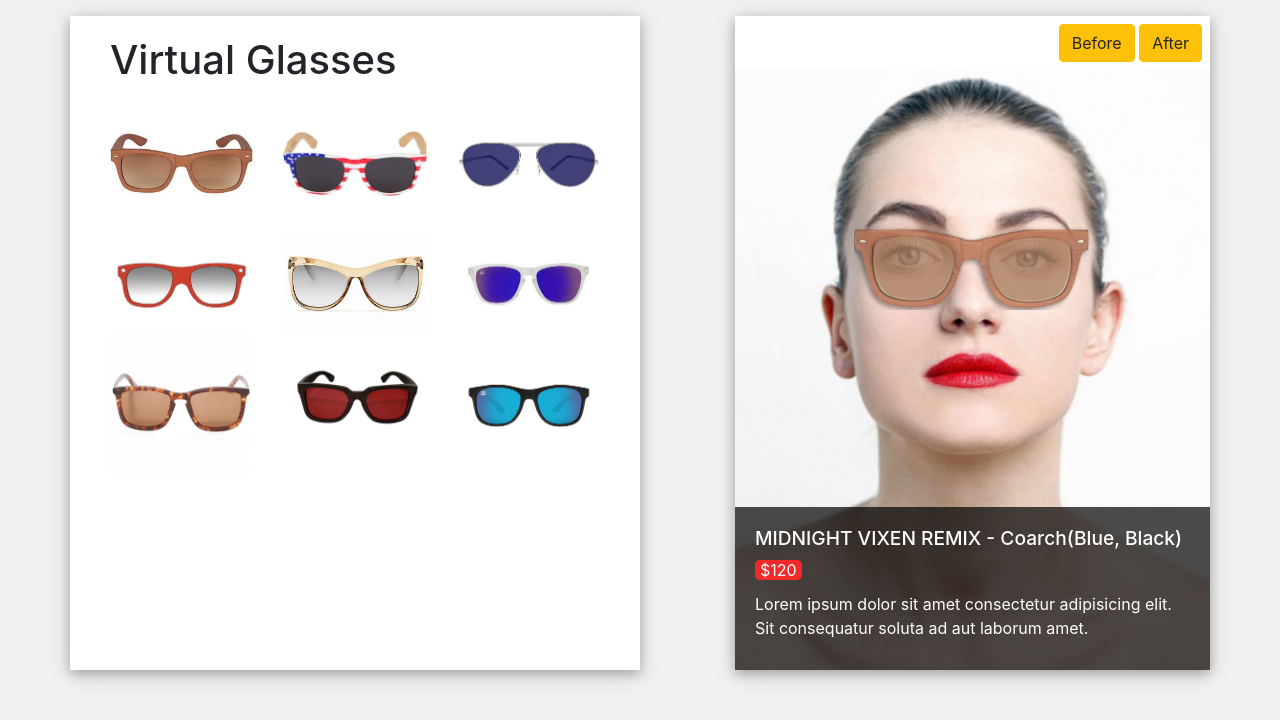
Repository: Khoi300399/BC35E_ES6_B2_MaThanhKhoi
Page: index.html
An editor plug-in stored every save of this project. The page is shown before and after the next save, followed by the edit.
The browser window is 1280 px wide. The pictures show the whole page.
After loading, the first visible `img` was clicked once.
Pictures or frames that could not be fetched are drawn as grey boxes.

Above is the page before, as saved 2022-10-21 23:49:14.

### index.html
<!DOCTYPE html>
<html lang="en">
  <head>
    <title>Virtual Glasses</title>
    <!-- Required meta tags -->
    <meta charset="utf-8" />
    <meta
      name="viewport"
      content="width=device-width, initial-scale=1, shrink-to-fit=no"
    />

    <!-- Bootstrap CSS -->
    <link
      rel="stylesheet"
      href="https://stackpath.bootstrapcdn.com/bootstrap/4.3.1/css/bootstrap.min.css"
      integrity="sha384-ggOyR0iXCbMQv3Xipma34MD+dH/1fQ784/j6cY/iJTQUOhcWr7x9JvoRxT2MZw1T"
      crossorigin="anonymous"
    />

    <!-- Main CSS -->
    <link rel="stylesheet" href="./css/index.css" />
  </head>

  <body>
    <div class="container vglasses py-3">
      <div class="row justify-content-between">
        <div class="col-6 vglasses__left">
          <div class="row">
            <div class="col-12">
              <h1 class="mb-2">Virtual Glasses</h1>
            </div>
          </div>
          <div class="row" id="vglassesList"></div>
        </div>
        <div class="col-5 vglasses__right p-0">
          <div class="vglasses__card">
            <div class="mb-2 text-right mt-2 mr-2">
              <button
                id="btn1"
                class="btn btn-warning"
                onclick="removeGlasses()"
              >
                Before
              </button>
              <button id="btn2" class="btn btn-warning" onclick="addGlasses()">
                After
              </button>
            </div>
            <div class="vglasses__model" id="avatar"></div>
            <div id="glassesInfo" class="vglasses__info">
              <h3>MIDNIGHT VIXEN REMIX - Coarch(Blue, Black)</h3>
              <span>$120</span>
              <p>
                Lorem ipsum dolor sit amet consectetur adipisicing elit. Sit
                consequatur soluta ad aut laborum amet.
              </p>
            </div>
          </div>
        </div>
      </div>
    </div>

    <!-- Optional JavaScript -->
    <!-- jQuery first, then Popper.js, then Bootstrap JS -->
    <script
      src="https://code.jquery.com/jquery-3.4.1.js"
      integrity="sha256-WpOohJOqMqqyKL9FccASB9O0KwACQJpFTUBLTYOVvVU="
      crossorigin="anonymous"
    ></script>
    <!-- <script src="https://code.jquery.com/jquery-3.3.1.slim.min.js" integrity="sha384-q8i/X+965DzO0rT7abK41JStQIAqVgRVzpbzo5smXKp4YfRvH+8abtTE1Pi6jizo" crossorigin="anonymous"></script> -->
    <script
      src="https://cdnjs.cloudflare.com/ajax/libs/popper.js/1.14.7/umd/popper.min.js"
      integrity="sha384-UO2eT0CpHqdSJQ6hJty5KVphtPhzWj9WO1clHTMGa3JDZwrnQq4sF86dIHNDz0W1"
      crossorigin="anonymous"
    ></script>
    <script
      src="https://stackpath.bootstrapcdn.com/bootstrap/4.3.1/js/bootstrap.min.js"
      integrity="sha384-JjSmVgyd0p3pXB1rRibZUAYoIIy6OrQ6VrjIEaFf/nJGzIxFDsf4x0xIM+B07jRM"
      crossorigin="anonymous"
    ></script>

    <!-- MAIN JS -->
    <script type="" src="./js/main.js"></script>
  </body>
</html>

### css/index.css
/* GLOBAL */
* {
  box-sizing: border-box;
}
body {
  background: #f1f1f1;
}

/* MAIN CSS */
.vglasses__left {
  background-color: white;
  padding: 20px 40px;
  box-shadow: 0 4px 10px 0 rgba(0, 0, 0, 0.2), 0 4px 20px 0 rgba(0, 0, 0, 0.19);
}
.vglasses__left .col-4 {
  align-self: center;
}
.vglasses__items {
  width: 50px;
  height: 50px;
}

.vglasses__left img {
  cursor: pointer;
  width: 100%;
  height: 100%;
}

.vglasses__right {
  box-shadow: 0 4px 10px 0 rgba(0, 0, 0, 0.2), 0 4px 20px 0 rgba(0, 0, 0, 0.19);
}

.vglasses__model {
  background-image: url("../img/model.jpg");
  background-position: center top;
  background-size: cover;
  height: 600px;
}

.vglasses__model img {
  position: absolute;
  top: 32%;
  left: 25%;
  width: 238px;
  height: 85px;
  opacity: 0.9;
}

.vglasses__card {
  position: relative;
  overflow: hidden;
  background-color: white;
}

.vglasses__info {
  position: absolute;
  bottom: 0;
  left: 0;
  background-color: rgba(0, 0, 0, 0.7);
  width: 100%;
  color: white;
  padding: 20px;
}

.vglasses__info h3 {
  font-size: 1.2rem;
}

.vglasses__info span {
  border-radius: 5px;
  padding: 0 5px;
  background-color: rgb(241, 41, 41);
}

.vglasses__info p {
  margin: 10px 0;
}

#glasses {
  transition: all 0.5s;
}

### js/main.js
let dataGlasses = [
  {
    id: "G1",
    src: "./img/g1.jpg",
    virtualImg: "./img/v1.png",
    brand: "Armani Exchange",
    name: "Bamboo wood",
    color: "Brown",
    price: 150,
    description:
      "Lorem ipsum dolor sit amet consectetur adipisicing elit. Nobis ea voluptates officiis? ",
  },
  {
    id: "G2",
    src: "./img/g2.jpg",
    virtualImg: "./img/v2.png",
    brand: "Arnette",
    name: "American flag",
    color: "American flag",
    price: 150,
    description:
      "Lorem ipsum dolor, sit amet consectetur adipisicing elit. In assumenda earum eaque doloremque, tempore distinctio.",
  },
  {
    id: "G3",
    src: "./img/g3.jpg",
    virtualImg: "./img/v3.png",
    brand: "Burberry",
    name: "Belt of Hippolyte",
    color: "Blue",
    price: 100,
    description: "Lorem ipsum dolor, sit amet consectetur adipisicing elit.",
  },
  {
    id: "G4",
    src: "./img/g4.jpg",
    virtualImg: "./img/v4.png",
    brand: "Coarch",
    name: "Cretan Bull",
    color: "Red",
    price: 100,
    description: "In assumenda earum eaque doloremque, tempore distinctio.",
  },
  {
    id: "G5",
    src: "./img/g5.jpg",
    virtualImg: "./img/v5.png",
    brand: "D&G",
    name: "JOYRIDE",
    color: "Gold",
    price: 180,
    description:
      "Lorem ipsum dolor, sit amet consectetur adipisicing elit. Error odio minima sit labore optio officia?",
  },
  {
    id: "G6",
    src: "./img/g6.jpg",
    virtualImg: "./img/v6.png",
    brand: "Polo",
    name: "NATTY ICE",
    color: "Blue, White",
    price: 120,
    description: "Lorem ipsum dolor, sit amet consectetur adipisicing elit.",
  },
  {
    id: "G7",
    src: "./img/g7.jpg",
    virtualImg: "./img/v7.png",
    brand: "Ralph",
    name: "TORTOISE",
    color: "Black, Yellow",
    price: 120,
    description:
      "Lorem ipsum dolor sit amet consectetur adipisicing elit. Enim sint nobis incidunt non voluptate quibusdam.",
  },
  {
    id: "G8",
    src: "./img/g8.jpg",
    virtualImg: "./img/v8.png",
    brand: "Polo",
    name: "NATTY ICE",
    color: "Red, Black",
    price: 120,
    description:
      "Lorem ipsum dolor sit amet consectetur adipisicing elit. Reprehenderit, unde enim.",
  },
  {
    id: "G9",
    src: "./img/g9.jpg",
    virtualImg: "./img/v9.png",
    brand: "Coarch",
    name: "MIDNIGHT VIXEN REMIX",
    color: "Blue, Black",
    price: 120,
    description:
      "Lorem ipsum dolor sit amet consectetur adipisicing elit. Sit consequatur soluta ad aut laborum amet.",
  },
];

let renderGlassesUI = () => {
  let contentHTMl = ``;
  for (let value of dataGlasses) {
    contentHTMl += `
    <div class="col-4 .vglasses__items">
        <img src="${value.src}" onclick="btnShowGlasses('${value.virtualImg}')"  alt="" />
    </div>
    `;
  }
  document.querySelector("#vglassesList").innerHTML = contentHTMl;
};

let btnShowGlasses = (value) => {
  let imgGlasses = `
    <img src="${value}" alt="" />
    `;
  let contentGlasses = `
  <h3>MIDNIGHT VIXEN REMIX - Coarch(Blue, Black)</h3>
  <span>$120</span>
  <p>
    Lorem ipsum dolor sit amet consectetur adipisicing elit. Sit
    consequatur soluta ad aut laborum amet.
  </p>
    `;
  document.querySelector("#avatar").innerHTML = imgGlasses;
  document.querySelector("#avatar img").style.opacity = 0.8;
};

let removeGlasses = () => {
  document.querySelector("#avatar img").style.opacity = 0;
};

let addGlasses = () => {
  document.querySelector("#avatar img").style.opacity = 0.8;
};

window.onload = () => {
  renderGlassesUI();
};

After the next save:
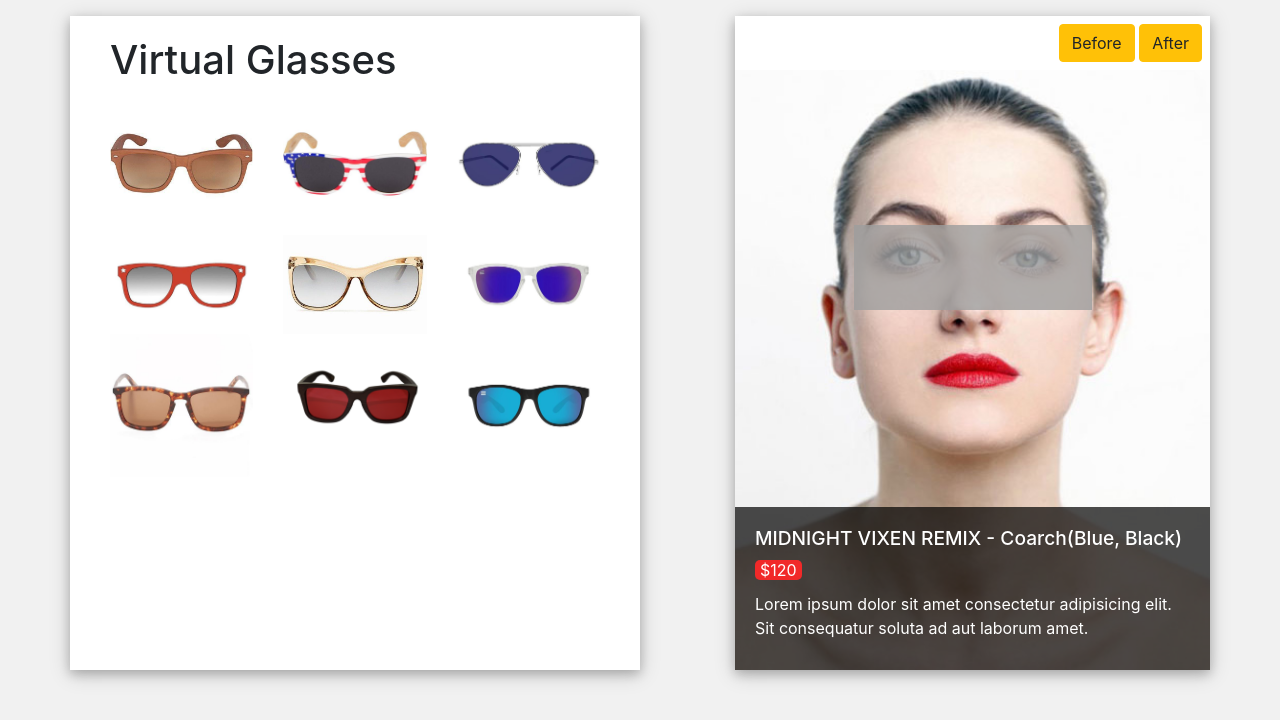
Saved 62 s later.
--- a/js/main.js
+++ b/js/main.js
@@ -102,7 +102,7 @@ let renderGlassesUI = () => {
   for (let value of dataGlasses) {
     contentHTMl += `
     <div class="col-4 .vglasses__items">
-        <img src="${value.src}" onclick="btnShowGlasses('${value.virtualImg}')"  alt="" />
+        <img src="${value.src}" onclick="btnShowGlasses('${value}')"  alt="" />
     </div>
     `;
   }
@@ -111,7 +111,7 @@ let renderGlassesUI = () => {
 
 let btnShowGlasses = (value) => {
   let imgGlasses = `
-    <img src="${value}" alt="" />
+    <img src="${value.virtualImg}" alt="" />
     `;
   let contentGlasses = `
   <h3>MIDNIGHT VIXEN REMIX - Coarch(Blue, Black)</h3>
